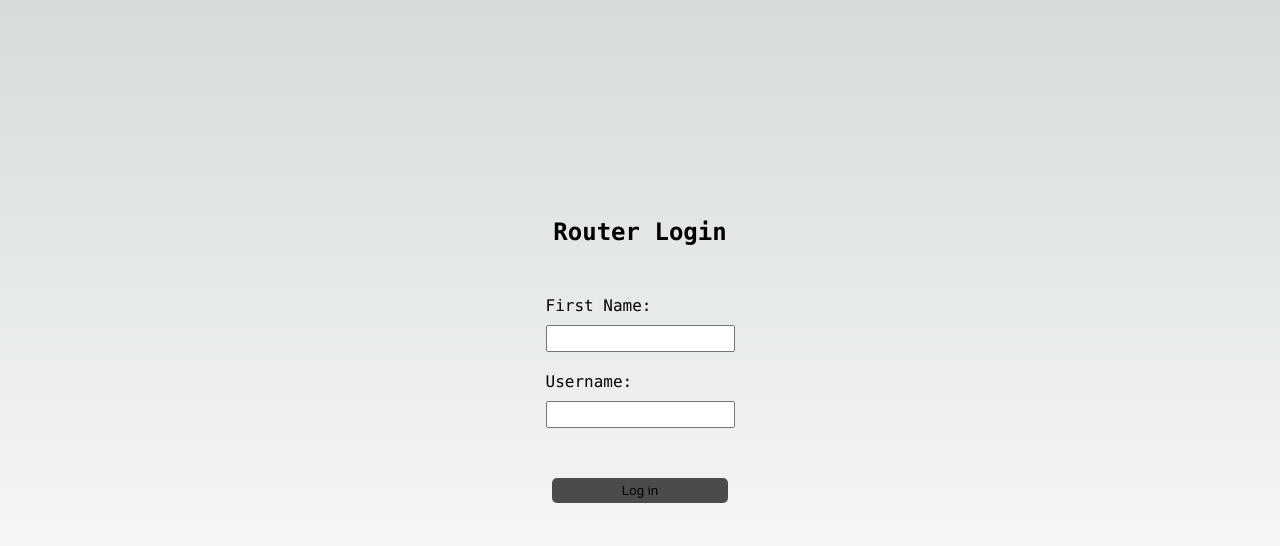
Repository: Mariessa-Pinto/week2-next.js-next-router-login
Page: /
These files come from the project's save history. The page is drawn as it stood at one moment and after the next save; the edit follows.
The browser window is 1280 px wide. The pictures show the whole page.
The project was rebuilt for these pictures with package versions that can differ from the ones it lists, and the page was loaded fresh each time. The framework's server and built-in components were replaced by stand-ins that run in the browser. Also part of the build but not shown: next.config.js.

Above is the page before, as saved 2023-01-11 14:58:47.

After the next save:
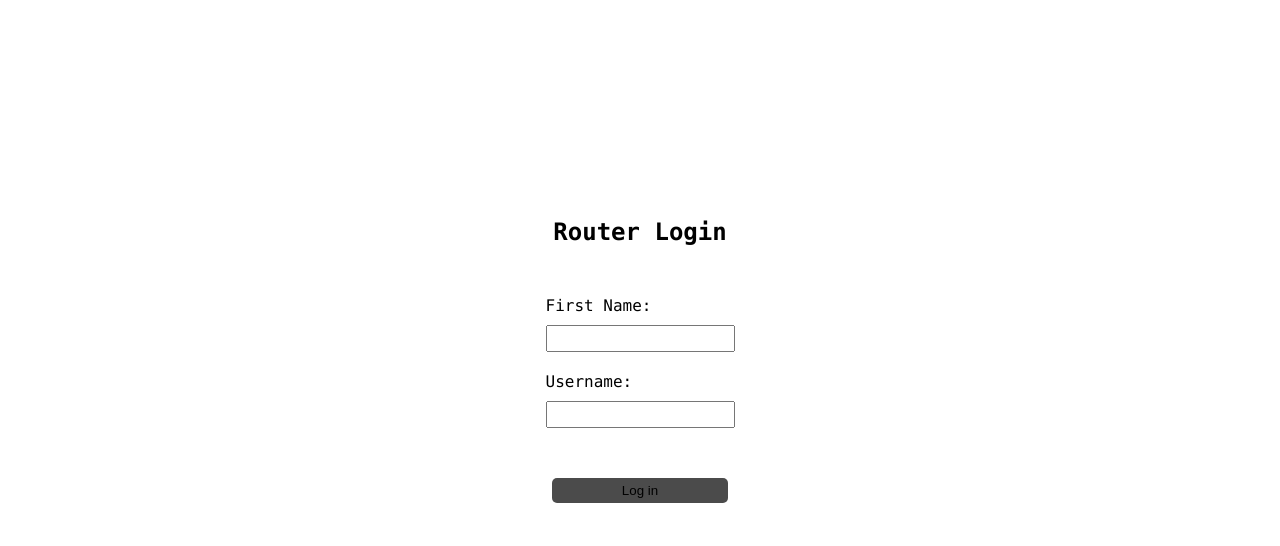
Saved 49 s later.
--- a/styles/globals.css
+++ b/styles/globals.css
@@ -95,9 +95,9 @@
   background: linear-gradient(
       to bottom,
       transparent,
-      rgb(var(--background-end-rgb))
+      rgb(var(--violet))
     )
-    rgb(var(--background-start-rgb));
+    rgb(var(--violet));
 }
 
 a {

After the save that followed:
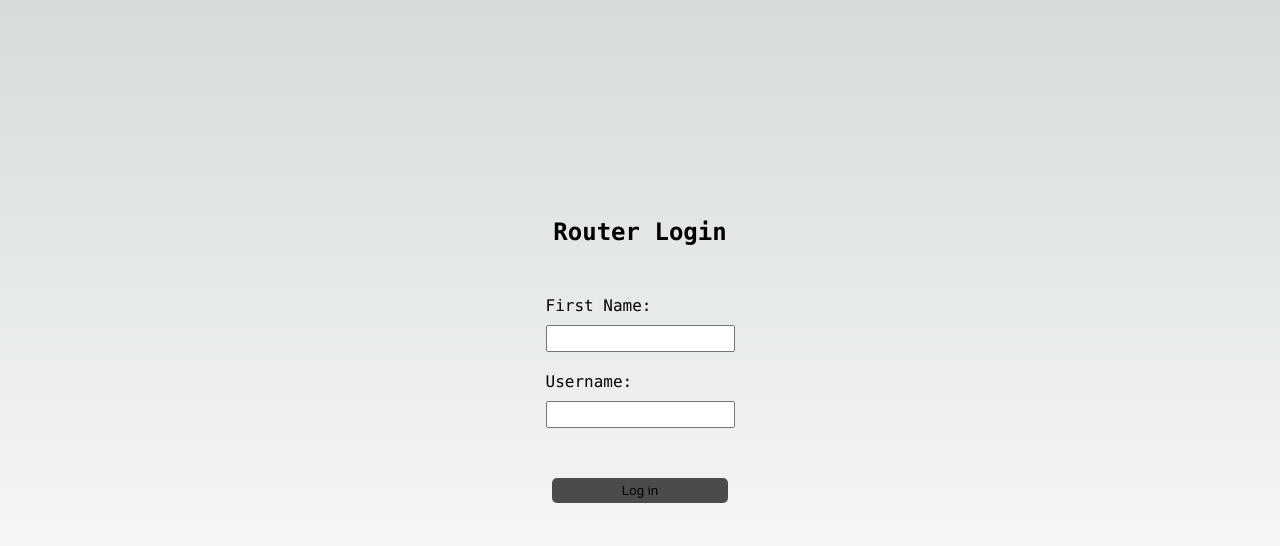
Saved 86 s later.
--- a/styles/globals.css
+++ b/styles/globals.css
@@ -47,7 +47,7 @@
 
 @media (prefers-color-scheme: dark) {
   :root {
-    --foreground-rgb: 255, 255, 255;
+    --foreground-rgb: #7184D9;
     --background-start-rgb: 0, 0, 0;
     --background-end-rgb: 0, 0, 0;
 
@@ -91,13 +91,13 @@
 }
 
 body {
-  color: rgb(var(--violet));
+  color: rgb(var(--foreground-rgb));
   background: linear-gradient(
       to bottom,
       transparent,
-      rgb(var(--violet))
+      rgb(var(--background-end-rgb))
     )
-    rgb(var(--violet));
+    rgb(var(--background-start-rgb));
 }
 
 a {
